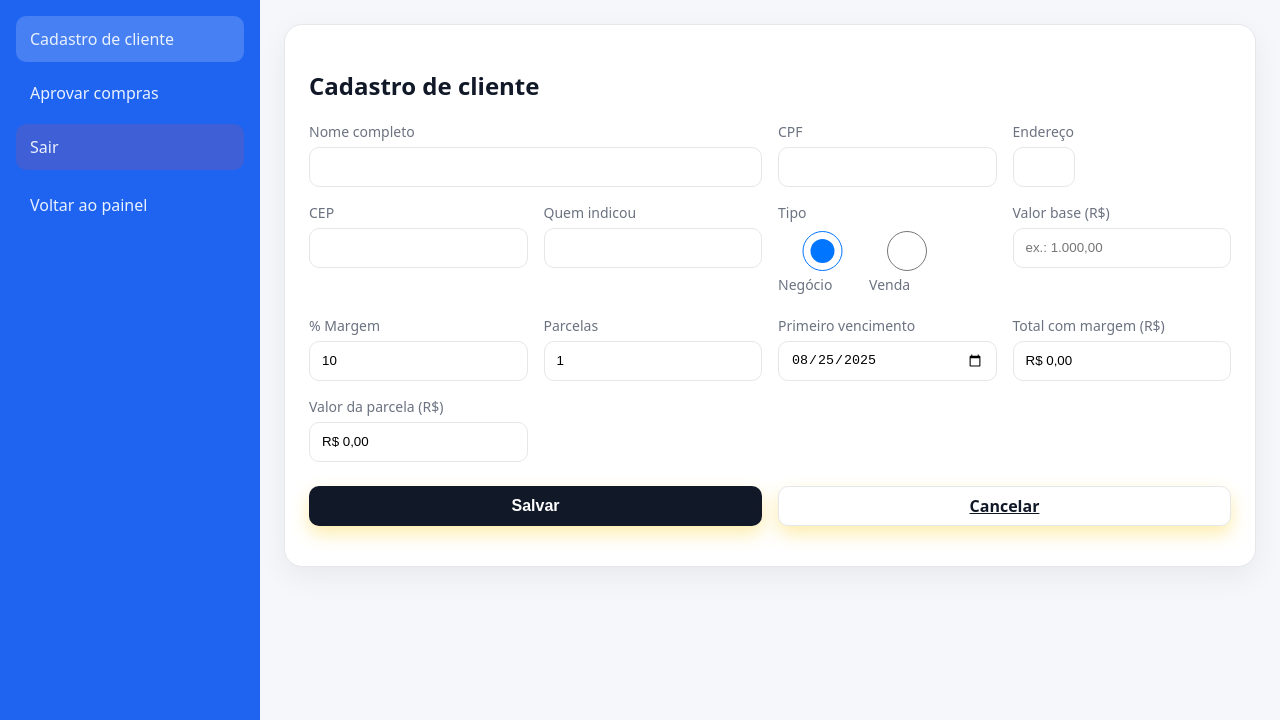
Repository: Rob-son-prog/NegocioSistema
Page: cadastro.html
An editor plug-in stored every save of this project. The page is shown before and after the next save, followed by the edit.
The browser window is 1280 px wide. The pictures show the whole page.

Above is the page before, as saved 2025-08-30 11:50:15.

After the next save:
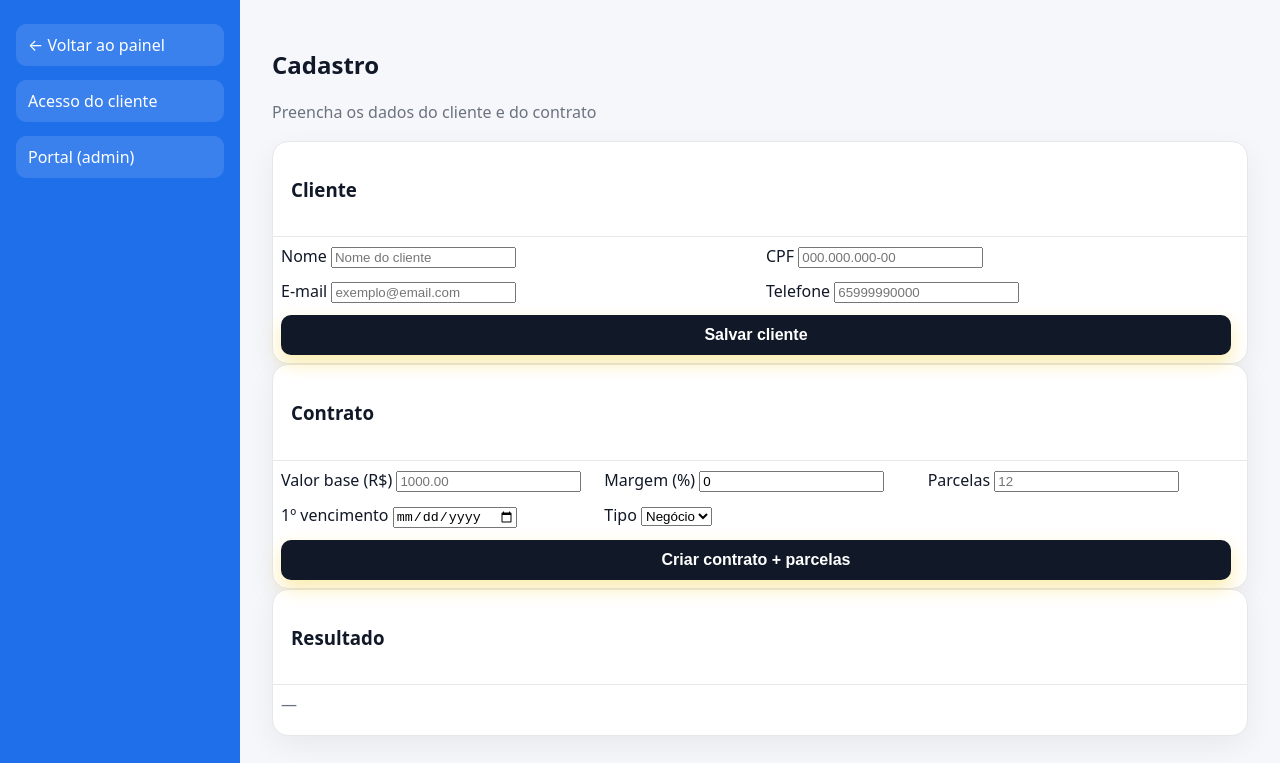
Saved 9 min 19 s later.
--- a/cadastro.html
+++ b/cadastro.html
@@ -2,55 +2,91 @@
 <html lang="pt-BR">
 <head>
   <meta charset="utf-8" />
-  <meta name="viewport" content="width=device-width, initial-scale=1" />
-  <title>Cadastro de cliente</title>
-  <link rel="stylesheet" href="style.css?v=3" />
+  <title>Cadastro de Cliente e Contrato</title>
+  <meta name="viewport" content="width=device-width,initial-scale=1" />
+  <link rel="stylesheet" href="style.css?v=6" />
 </head>
-<body>
+<body class="dashboard">
   <div class="layout">
     <aside class="sidebar">
       <div class="menu">
-        <a href="cadastro.html" class="active">Cadastro de cliente</a>
-        <a href="aprovacoes.html">Aprovar compras</a>
-        <a href="#" id="logout" class="danger">Sair</a>
-        <a href="dashboard.html" style="margin-top:12px">Voltar ao painel</a>
+        <a class="item" href="dashboard.html">← Voltar ao painel</a>
+        <a class="item" href="acesso-cliente.html">Acesso do cliente</a>
+        <a class="item" href="portal.html">Portal (admin)</a>
       </div>
     </aside>
 
     <main class="content">
-      <div class="card">
-        <h2>Cadastro de cliente</h2>
+      <div class="topbar">
+        <h2>Cadastro</h2>
+        <div class="muted">Preencha os dados do cliente e do contrato</div>
+      </div>
 
-        <form id="cadForm" autocomplete="off" class="form-grid">
-          <div class="input col-6"><label>Nome completo</label><input id="nome" name="nome" required></div>
-          <div class="input col-3"><label>CPF</label><input id="cpf" name="cpf"></div>
-          <div class="input col-9"><label>Endereço</label><input id="endereco" name="endereco"></div>
-          <div class="input col-3"><label>CEP</label><input id="cep" name="cep" inputmode="numeric"></div>
-          <div class="input col-3"><label>Quem indicou</label><input id="indicacao" name="indicacao"></div>
+      <section class="panel">
+        <div class="panel-header"><h3>Cliente</h3></div>
+        <div class="panel-body">
+          <form id="formCliente" class="grid" style="grid-template-columns:repeat(2,minmax(0,1fr));gap:12px;">
+            <label>Nome
+              <input id="c-nome" required placeholder="Nome do cliente" />
+            </label>
+            <label>CPF
+              <input id="c-cpf" required inputmode="numeric" placeholder="000.000.000-00" />
+            </label>
+            <label>E-mail
+              <input id="c-email" type="email" placeholder="exemplo@email.com" />
+            </label>
+            <label>Telefone
+              <input id="c-fone" inputmode="tel" placeholder="65999990000" />
+            </label>
+            <div style="grid-column:1/-1;display:flex;gap:8px;align-items:center;">
+              <button class="btn primary" type="submit" id="btnSalvarCliente">Salvar cliente</button>
+              <span id="msgCliente" class="muted"></span>
+            </div>
+          </form>
+        </div>
+      </section>
 
-          <div class="input col-3">
-            <label>Tipo</label>
-            <div style="display:flex;gap:12px;align-items:center;">
-              <label><input type="radio" id="tipo-negocio" name="tipo" value="negocio" checked> Negócio</label>
-              <label><input type="radio" id="tipo-venda"   name="tipo" value="venda"> Venda</label>
+      <section class="panel">
+        <div class="panel-header"><h3>Contrato</h3></div>
+        <div class="panel-body">
+          <form id="formContrato" class="grid" style="grid-template-columns:repeat(3,minmax(0,1fr));gap:12px;">
+            <label>Valor base (R$)
+              <input id="k-base" type="number" min="0" step="0.01" required placeholder="1000.00" />
+            </label>
+            <label>Margem (%)
+              <input id="k-margem" type="number" min="0" step="0.01" value="0" />
+            </label>
+            <label>Parcelas
+              <input id="k-parcelas" type="number" min="1" step="1" required placeholder="12" />
+            </label>
+            <label>1º vencimento
+              <input id="k-firstdue" type="date" required />
+            </label>
+            <label>Tipo
+              <select id="k-tipo">
+                <option value="negocio" selected>Negócio</option>
+                <option value="servico">Serviço</option>
+              </select>
+            </label>
+
+            <div style="grid-column:1/-1;display:flex;gap:8px;align-items:center;">
+              <button class="btn primary" type="submit" id="btnCriarContrato">Criar contrato + parcelas</button>
+              <span id="msgContrato" class="muted"></span>
             </div>
+          </form>
+        </div>
+      </section>
+
+      <section class="panel">
+        <div class="panel-header"><h3>Resultado</h3></div>
+        <div class="panel-body">
+          <div id="out" class="muted">—</div>
+          <div style="margin-top:12px;display:flex;gap:8px">
+            <button id="btnPortalCliente" class="btn" style="display:none">Abrir portal (cliente)</button>
+            <button id="btnPortalAdmin" class="btn" style="display:none">Abrir portal (admin)</button>
           </div>
-
-          <div class="input col-3"><label>Valor base (R$)</label><input id="valor" name="valor" placeholder="ex.: 1.000,00"></div>
-          <div class="input col-3"><label>% Margem</label><input id="margem" name="margem" value="10" inputmode="decimal"></div>
-          <div class="input col-3"><label>Parcelas</label><input id="parcelas" name="parcelas" type="number" min="1" value="1"></div>
-          <div class="input col-3"><label>Primeiro vencimento</label><input id="first_due" name="first_due" type="date"></div>
-          <div class="input col-3"><label>Total com margem (R$)</label><input id="valorTotal" readonly></div>
-          <div class="input col-3"><label>Valor da parcela (R$)</label><input id="valorParcela" readonly></div>
-
-          <div class="col-12 row-btns">
-            <button type="submit" class="btn primary">Salvar</button>
-            <a class="btn" href="dashboard.html">Cancelar</a>
-          </div>
-        </form>
-
-        <p id="status" class="muted"></p>
-      </div>
+        </div>
+      </section>
     </main>
   </div>
 
